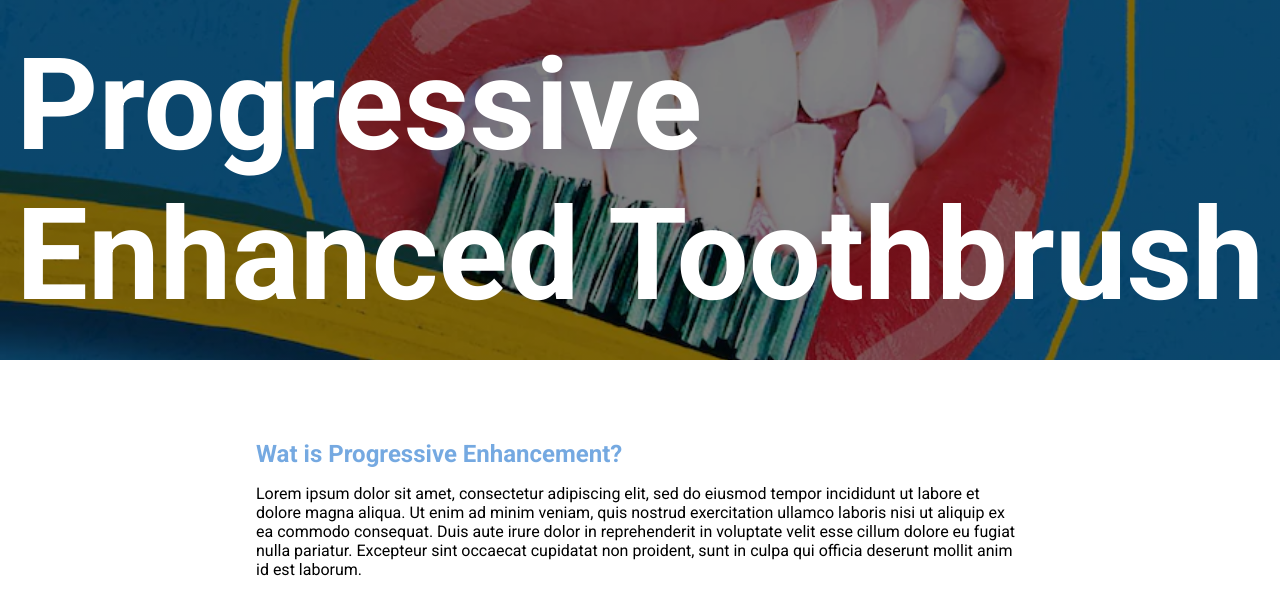
Repository: norakramer1/browser-technologies-2122
Page: progressive-enhanced-toothbrush-main/index.html
An editor plug-in stored every save of this project. The page is shown before and after the next save, followed by the edit.
The browser window is 1280 px wide. The pictures show the whole page.

Above is the page before, as saved 2022-03-23 12:14:52.

After the next save:
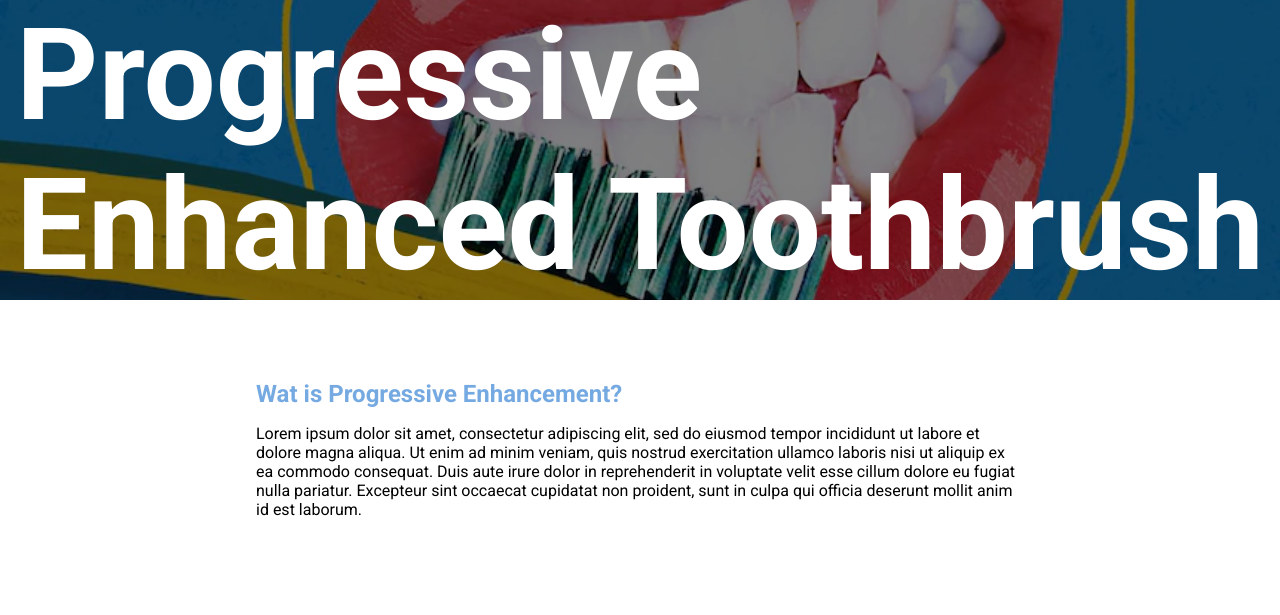
Saved 12 s later.
--- a/progressive-enhanced-toothbrush-main/style.css
+++ b/progressive-enhanced-toothbrush-main/style.css
@@ -11,7 +11,6 @@ header {
     background-position: center;
     background-repeat: no-repeat;
     width: 100vw;
-    height: 50vh;
     display: grid;
     place-items: center;
 }
